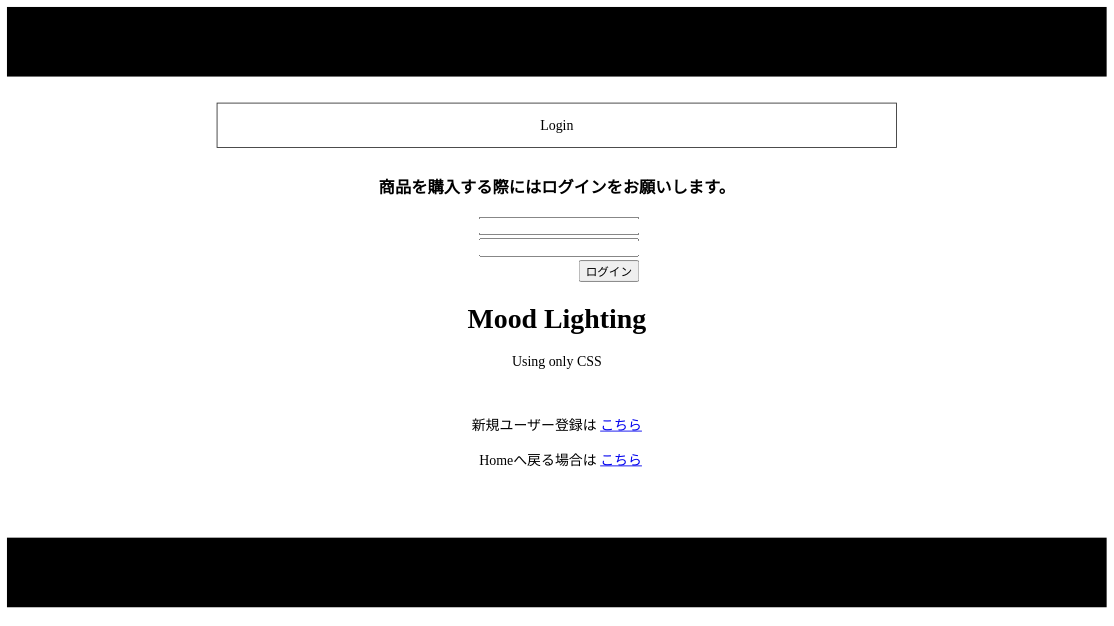
Repository: yanaiwataru/test
Page: http://localhost/ecsite/HomeAction.action
An editor plug-in stored every save of this project. The page is shown before and after the next save, followed by the edit.
The browser window is 1280 px wide. The pictures show the whole page, at 87% of full size.
The page is served by Tomcat 9. Other server files are loaded and not shown.

Above is the page before, as saved 2018-03-12 04:39:09.

### ecsite/WebContent/login.jsp
<%@ page language="java" contentType="text/html; charset=UTF-8"

pageEncoding="UTF-8"%>

<%@ taglib prefix="s" uri="/struts-tags"%>
<!DOCTYPE html>
<html>
<head>

<meta http-equiv="Content-Type" content="text/html; charset=utf-8" />
<meta http-equiv="Content-Style-Type" content="text/css" />
<meta http-equiv="Content-Script-Type" content="text/javascript" />
<meta http-equiv="imagetoolbar" content="no" />
<meta name="description" content="" />
<meta name="keywords" content="" />
<title>Login画面</title>
<style type="text/css">

<link rel="stylesheet"type="text/css" href="css/login.css">



body {
margin:0;
padding:0;
line-height:1.6;
letter-spacing:1px;
font-family:Verdana, Helvetica, sans-serif;
font-size:12px;
color:#333;
background:#fff;
}
table {
text-align:center;
margin:0 auto;
}
/* ========ID LAYOUT======== */
#top {
width:780px;
margin:30px auto;
border:1px solid #333;
}
#header {
width: 100%;
height: 80px;
background-color: black;
}
#main {
width: 100%;
height: 500px;
text-align: center;
}
#footer {
width: 100%;
height: 80px;
background-color: black;
clear:both;
}
#text-link {
display: inline-block;
text-align: right;

}

</style>

</head>
<body>

<div id="header">

<div id="pr">
</div>

</div>
<div id="main">

<div id="top">
<p>Login</p>

</div>
<div>

<h3>商品を購入する際にはログインをお願いします。</h3>
<s:form action="LoginAction">
<s:textfield name="loginUserId"/>
<s:password name="loginPassword"/>
<s:submit value="ログイン"/>

</s:form>

<div class="holder">
    <div class="first"></div>
    <div class="second"></div>
    <div class="third"></div>
    <div class="txt">
      <h1>Mood Lighting</h1>
      <p>Using only CSS</p>
    </div>
  </div>
<br/>

<div id="text-link">
<p>新規ユーザー登録は
<a href='<s:url action="UserCreateAction" />'>こちら</a></p>
<p>Homeへ戻る場合は
<a href='<s:url action="GoHomeAction" />'>こちら</a></p>

</div>

</div>

</div>
<div id="footer">

<div id="pr">
</div>

</div>

</body>
</html>

### ecsite/WebContent/css/login.css
@CHARSET "UTF-8";

background-image: url("../image/readytosetoff.png");
/*------------------------------コピペ----------------------------------------*/
    @import url(https://fonts.googleapis.com/css?family=Bitter);
    body {
      margin: 0;
      font-family: 'Bitter', serif;
      text-align: center;
    }
    .holder,
    .first,
    .second,
    .third {
      height: 100vh;
      width: 100vw;
    }
    .first,
    .second,
    .third {
      position: absolute;
    }
    .second,
    .third {
      opacity: 0;
    }
    .holder {
      height: 100vh;
      position: relative;
      z-index: 1;
    }
    .first {
      animation: first 10s infinite;
      background: linear-gradient(#5ff8ca, #60e08c);
      z-index: 10;
    }
      @keyframes first {
        0% {opacity: 1.0;}
        10% {opacity: 0.8;}
        20% {opacity: 0.6;}
        30% {opacity: 0.4;}
        40% {opacity: 0.2;}
        50% {opacity: 0.1;}
        60% {opacity: 0.2;}
        70% {opacity: 0.4;}
        80% {opacity: 0.6;}
        90% {opacity: 0.8;}
        100% {opacity: 1.0;}
      }

    .second {
      animation: second 10s infinite; animation-delay: 2s;
      background: linear-gradient(#19eaa6, #00a1f0);
      z-index: 20;
    }
      @keyframes second {
        0% {opacity: 0;}
        10% {opacity: 0.2;}
        20% {opacity: 0.4;}
        30% {opacity: 0.6;}
        40% {opacity: 0.8;}
        50% {opacity: 1.0;}
        60% {opacity: 0.8;}
        70% {opacity: 0.6;}
        80% {opacity: 0.4;}
        90% {opacity: 0.2;}
        100% {opacity: 0;}
      }

    .third {
      animation: third 10s infinite;
      animation-delay: 8s;
      background: linear-gradient(#aab7f8, #ff75c6);
      z-index: 30;
    }
      @keyframes third {
        0% {opacity: 0;}
        10% {opacity: 0.2;}
        20% {opacity: 0.4;}
        30% {opacity: 0.6;}
        40% {opacity: 0.8;}
        50% {opacity: 1.0;}
        60% {opacity: 0.8;}
        70% {opacity: 0.6;}
        80% {opacity: 0.4;}
        90% {opacity: 0.2;}
        100% {opacity: 0;}
      }

    .txt {
      margin-top: calc(50vh - 43px);
      position: absolute;
      width: 100%;
      z-index: 1000;
    }
    h1 {
      font-size: 40px;
      font-weight: 400;
      margin: 0;
    }
    p {
      font-size: 20px;
      margin-top: 26px;
    }

After the next save:
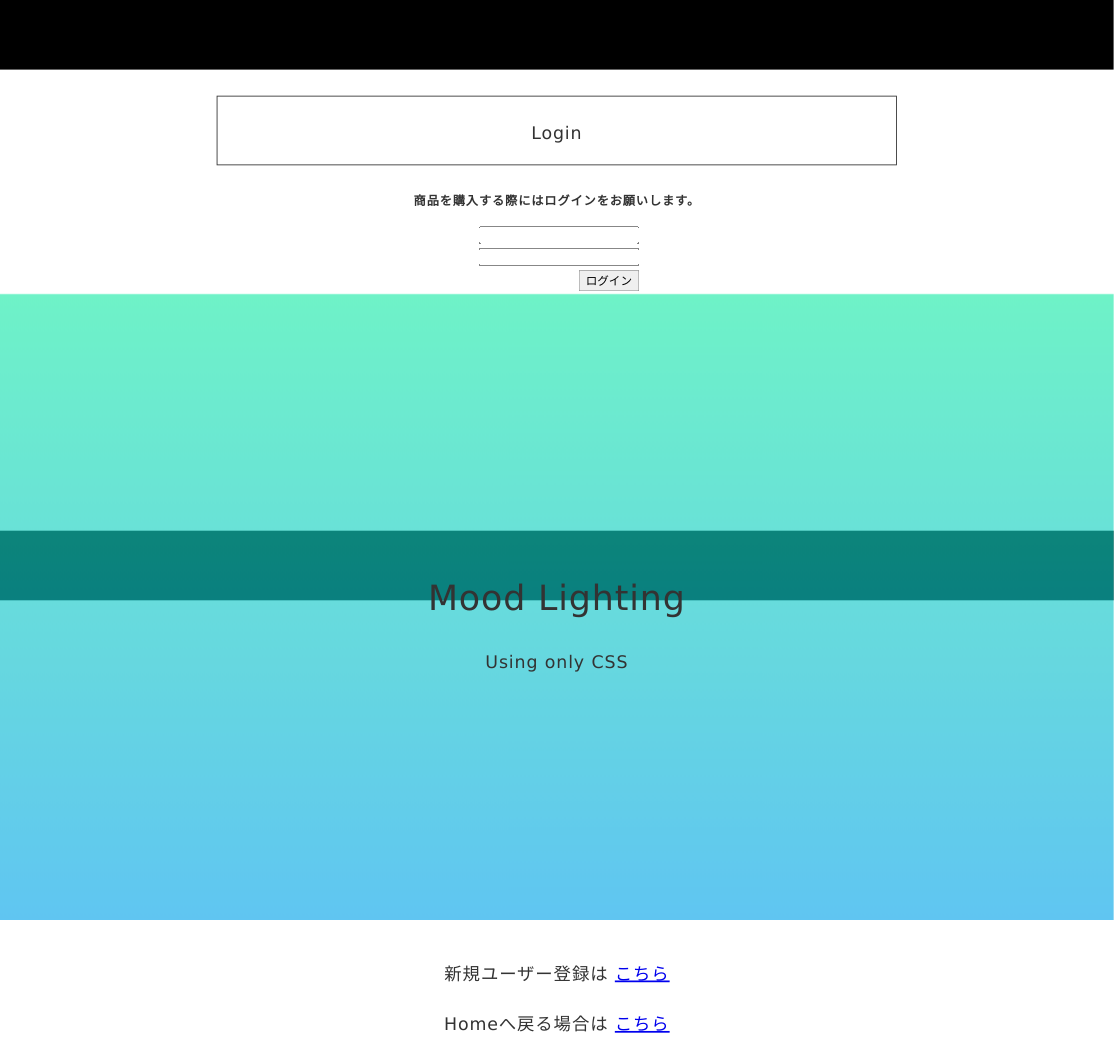
Saved 71 s later.
--- a/ecsite/WebContent/login.jsp
+++ b/ecsite/WebContent/login.jsp
@@ -6,7 +6,7 @@ pageEncoding="UTF-8"%>
 <!DOCTYPE html>
 <html>
 <head>
-
+<link rel="stylesheet"type="text/css" href="css/login.css">
 <meta http-equiv="Content-Type" content="text/html; charset=utf-8" />
 <meta http-equiv="Content-Style-Type" content="text/css" />
 <meta http-equiv="Content-Script-Type" content="text/javascript" />
@@ -16,7 +16,7 @@ pageEncoding="UTF-8"%>
 <title>Login画面</title>
 <style type="text/css">
 
-<link rel="stylesheet"type="text/css" href="css/login.css">
+
 
 
 
